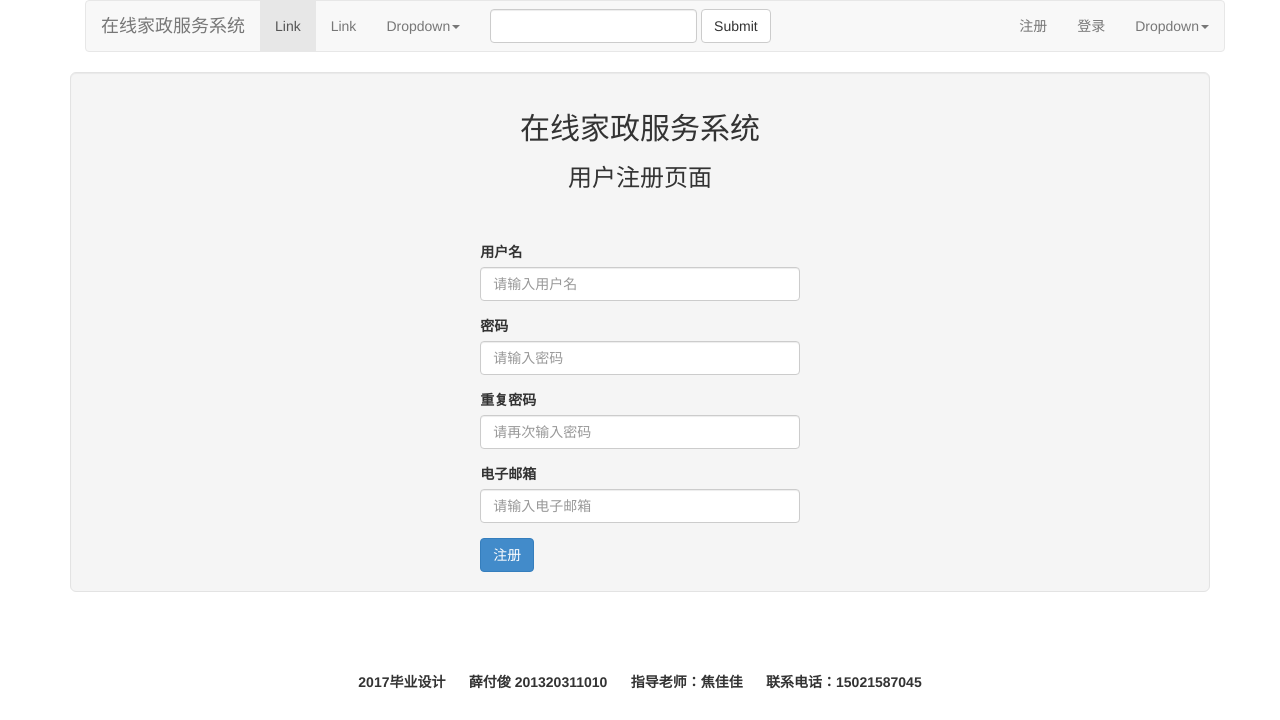
Repository: ELeonCXFJ/MyEclipseWS
Page: http://localhost/MyWeb/jsps/user/register.jsp
These files come from the project's save history. The page is drawn as it stood at one moment and after a run of saves; the edit follows.
The browser window is 1280 px wide. The pictures show the whole page.
The page is served by Tomcat 9. Nobody is signed in. The application's start-up code is not run. Other server files are loaded and not shown.

Above is the page before, as saved 2017-03-17 04:47:02.

### MyWeb/WebRoot/jsps/user/register.jsp
<%@ page language="java" import="java.util.*" pageEncoding="UTF-8"%>
<%@ taglib prefix="c" uri="http://java.sun.com/jsp/jstl/core" %>

<!DOCTYPE html>
<html>
<head>
   	<meta charset="utf-8">
   	<meta name="viewport" content="width=device-width, initial-scale=1">
   	<title>用户注册</title>

   	<link rel="stylesheet" href="${pageContext.request.contextPath}/vendor/bootstrap/css/bootstrap.css" />
   	<link rel="stylesheet" href="${pageContext.request.contextPath}/dist/css/bootstrapValidator.css" />

   	<script type="text/javascript" src="${pageContext.request.contextPath}/vendor/jquery/jquery.min.js"></script>
   	<script type="text/javascript" src="${pageContext.request.contextPath}/vendor/bootstrap/js/bootstrap.min.js"></script>
	<script type="text/javascript" src="${pageContext.request.contextPath}/dist/js/bootstrapValidator.js"></script>

</head>

<body>
<div class="container" >
<c:import url="../../top.jsp"></c:import>
<div class="jumbotron well">
	<h2 align="center">在线家政服务系统</h2>
	<h3 align="center">用户注册页面</h3></br></br>
	<div class="row clearfix">
		<div class="col-md-12 column">
		</div>
	</div>
	<div class="row clearfix">
		<div class="col-md-4 column">
		</div>

		<div class="col-md-4 column">
			<form id="mainform" action="<c:url value='/UserServlet'/>" method="post" role="form">
				<input type="hidden" name="method" value="register"/>
				<div class="form-group">
					 <label for="username">用户名</label>
					 <input type="text" name="username" class="form-control" id="username" placeholder="请输入用户名" data-bv-remote="true"/>
				</div>

				<div class="form-group">
					 <label for="password">密码</label>
					 <input type="password" name="password" class="form-control" id="password" placeholder="请输入密码"  />
				</div>

				<div class="form-group">
					 <label for="confirmpassword">重复密码</label>
					 <input type="password" name="confirmpassword" class="form-control" id="confirmpassword" placeholder="请再次输入密码"  />
				</div>

				<div class="form-group">
					 <label for="email">电子邮箱</label>
					 <input type="text" name="email" class="form-control" id="username" placeholder="请输入电子邮箱"/>
				</div>

				<button type="submit" class="btn btn-primary">注册</button>
			</form>
		</div>
		<div class="col-md-4 column">
		</div>
	</div>
</div>
<c:import url="../../bottom.jsp"></c:import>
<div>
</div>
</div>
<script type="text/javascript">
$("#mainform").bootstrapValidator({
	message:"This value is not valid",
        feedbackIcons: {
            valid: 'glyphicon glyphicon-ok',
            invalid: 'glyphicon glyphicon-remove',
            validating: 'glyphicon glyphicon-refresh'
        },
        fields:{
			username:{
				validators:{
					notEmpty:{
						message:'用户名不能为空'
					},
					stringLength:{
						min:6,
						max:20,
						message:"用户名长度必须在6-20个字符之间"
					},
					regexp:{
						regexp:/^[a-zA-Z0-9_\.]+$/,
						message:"用户名只能由字母、数字、点和下划线组成",
					},
					threshold:6,
					remote:{
						url:'../../UserServlet?method=ajaxValidatorUserName',
						data:{username:$("#username").text()},
						delay : 1000,
						type:'POST',
						message:'该用户已存在',
					},
				}
			},

			password:{
				validators:{
					notEmpty:{
						message:'密码不能为空'
					},
					identical:{
						field: 'confirmpassword',
						message: '两次输入的密码不相同',
					},
					different:{
						field: 'username',
						message:'用户密码不能和账户名相同'
					},
					stringLength:{
						min:5,
						max:20,
						message:'密码长度必须在5-20个字符之间'
					},
				}
			},

			confirmpassword:{
				validators:{
					notEmpty:{
						message:'请重复输入密码'
					},
					identical:{
						field: 'password',
						message: '两次输入的密码不相同',
					},
					different:{
						field: 'username',
						message:'用户密码不能和账户名相同'
					},
					stringLength:{
						min:5,
						max:20,
						message:"密码长度必须在5-20个字符之间"
					},
				}
			},
			email:{
				validators:{
					emailAddress:{
						message:"当前输入的邮箱格式有误，请确认该邮箱为有效邮箱地址"
					},
					notEmpty:{
						message:'电子邮箱不能为空'
					},
					remote:{
						url:'../../UserServlet?method=ajaxValidatorEmail',
						data:{username:$("#email").text()},
						delay : 1000,
						type:'POST',
						message:'该邮箱已被注册',
					},
				}
			},
        }
    });
</script>
</body>
</html>

### MyWeb/WebRoot/top.jsp
<%@ page language="java" import="java.util.*" pageEncoding="UTF-8"%>
<%@ taglib prefix="c" uri="http://java.sun.com/jsp/jstl/core" %>

<!DOCTYPE html>
<html>
<head>
   <meta charset="utf-8">
   <title>导航栏</title>
</head>
<body>

<div class="container" align="center">
	<div class="row clearfix">
		<div class="col-md-12 column">
			<nav class="navbar navbar-default" role="navigation">
				<div class="navbar-header">
					 <button type="button" class="navbar-toggle" data-toggle="collapse" data-target="#bs-example-navbar-collapse-1"> <span class="sr-only">Toggle navigation</span><span class="icon-bar"></span><span class="icon-bar"></span><span class="icon-bar"></span></button> <a class="navbar-brand" href="../../index.jsp">在线家政服务系统</a>
				</div>
				<div class="collapse navbar-collapse" id="bs-example-navbar-collapse-1">
					<ul class="nav navbar-nav">
						<li class="active">
							 <a href="#">Link</a>
						</li>
						<li>
							 <a href="#">Link</a>
						</li>
						<li class="dropdown">
							 <a href="#" class="dropdown-toggle" data-toggle="dropdown">Dropdown<strong class="caret"></strong></a>
							<ul class="dropdown-menu">
								<li>
									 <a href="#">Action</a>
								</li>
								<li>
									 <a href="#">Another action</a>
								</li>
								<li>
									 <a href="#">Something else here</a>
								</li>
								<li class="divider">
								</li>
								<li>
									 <a href="#">Separated link</a>
								</li>
								<li class="divider">
								</li>
								<li>
									 <a href="#">One more separated link</a>
								</li>
							</ul>
						</li>
					</ul>
					<form class="navbar-form navbar-left" role="search">
						<div class="form-group">
							<input type="text" class="form-control" />
						</div> <button type="submit" class="btn btn-default">Submit</button>
					</form>
					<ul class="nav navbar-nav navbar-right">
						<li>
							 <a href="<c:url value='jsps/user/register.jsp'/>">注册</a>
						</li>
						<li>
							<a href="<c:url value='jsps/user/login.jsp' />">登录</a>
						</li>
						<li class="dropdown">
							 <a href="#" class="dropdown-toggle" data-toggle="dropdown">Dropdown<strong class="caret"></strong></a>
							<ul class="dropdown-menu">
								<li>
									 <a href="#">Action</a>
								</li>
								<li>
									 <a href="#">Another action</a>
								</li>
								<li>
									 <a href="#">Something else here</a>
								</li>
								<li class="divider">
								</li>
								<li>
									 <a href="#">Separated link</a>
								</li>
							</ul>
						</li>
					</ul>
				</div>
			</nav>
		</div>
	</div>
</div>
</body>

### MyWeb/WebRoot/bottom.jsp
<%@ page language="java" import="java.util.*" pageEncoding="UTF-8"%>
<%@ taglib prefix="c" uri="http://java.sun.com/jsp/jstl/core" %>

<!DOCTYPE html>
<html>
<head>
   <meta charset="utf-8">
   <title>页脚</title>
</head>
<body>

	<div align="center">
		<label for=“bottom"></br></br></br>2017毕业设计&nbsp;&nbsp;&nbsp;&nbsp;&nbsp;&nbsp;薛付俊 201320311010&nbsp;&nbsp;&nbsp;&nbsp;&nbsp;&nbsp;指导老师：焦佳佳&nbsp;&nbsp;&nbsp;&nbsp;&nbsp;&nbsp;联系电话：15021587045</label>
	</div>
	<div style="display:none;">
		<label for="hide">bootstrapvalidator引用自：https://github.com/nghuuphuoc/bootstrapvalidator</label>
	</div>
</body>

Loaded but not shown: MyWeb/WebRoot/dist/css/bootstrapValidator.css (common file); MyWeb/WebRoot/dist/js/bootstrapValidator.js (library)

After the next 2 saves:
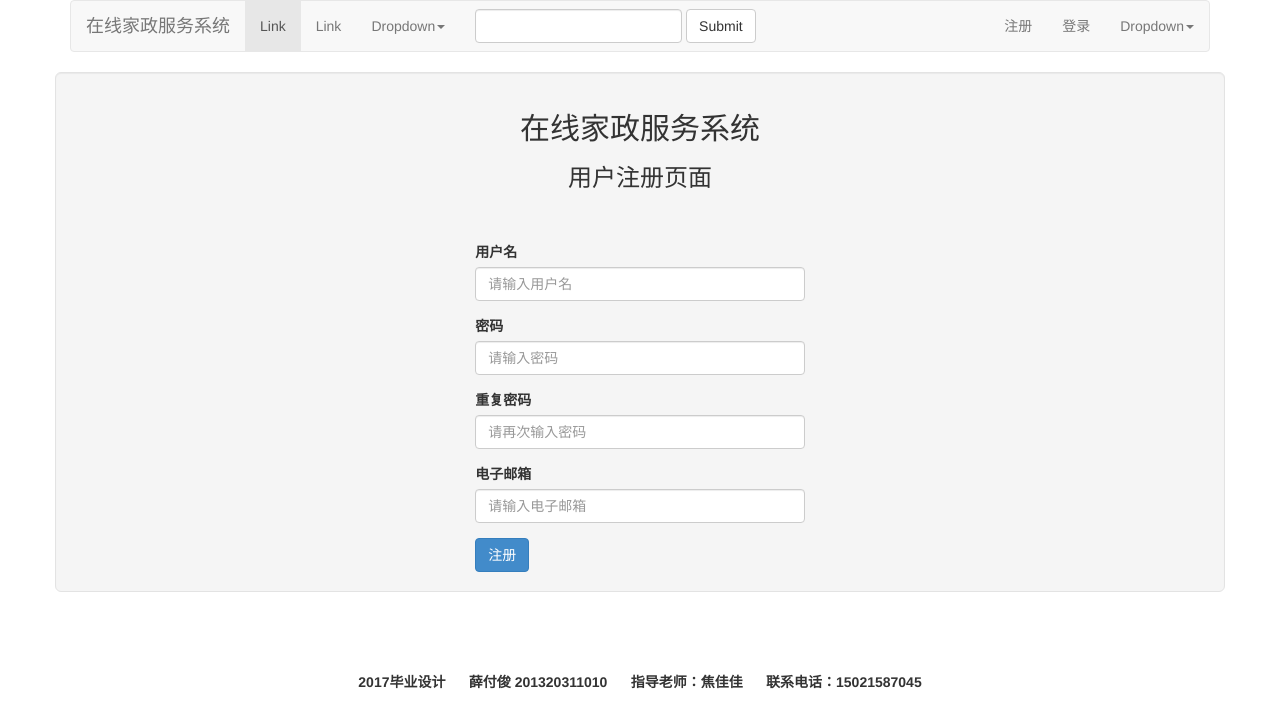
The 2 saves are shown as one change because they came seconds apart.
The last was saved 20 s later.
--- a/MyWeb/WebRoot/jsps/user/register.jsp
+++ b/MyWeb/WebRoot/jsps/user/register.jsp
@@ -19,7 +19,8 @@
 
 <body>
 <div class="container" >
-<c:import url="../../top.jsp"></c:import>
+	<div class="row clearfix">
+	<c:import url="../../top.jsp"></c:import>
 <div class="jumbotron well">
 	<h2 align="center">在线家政服务系统</h2>
 	<h3 align="center">用户注册页面</h3></br></br>
